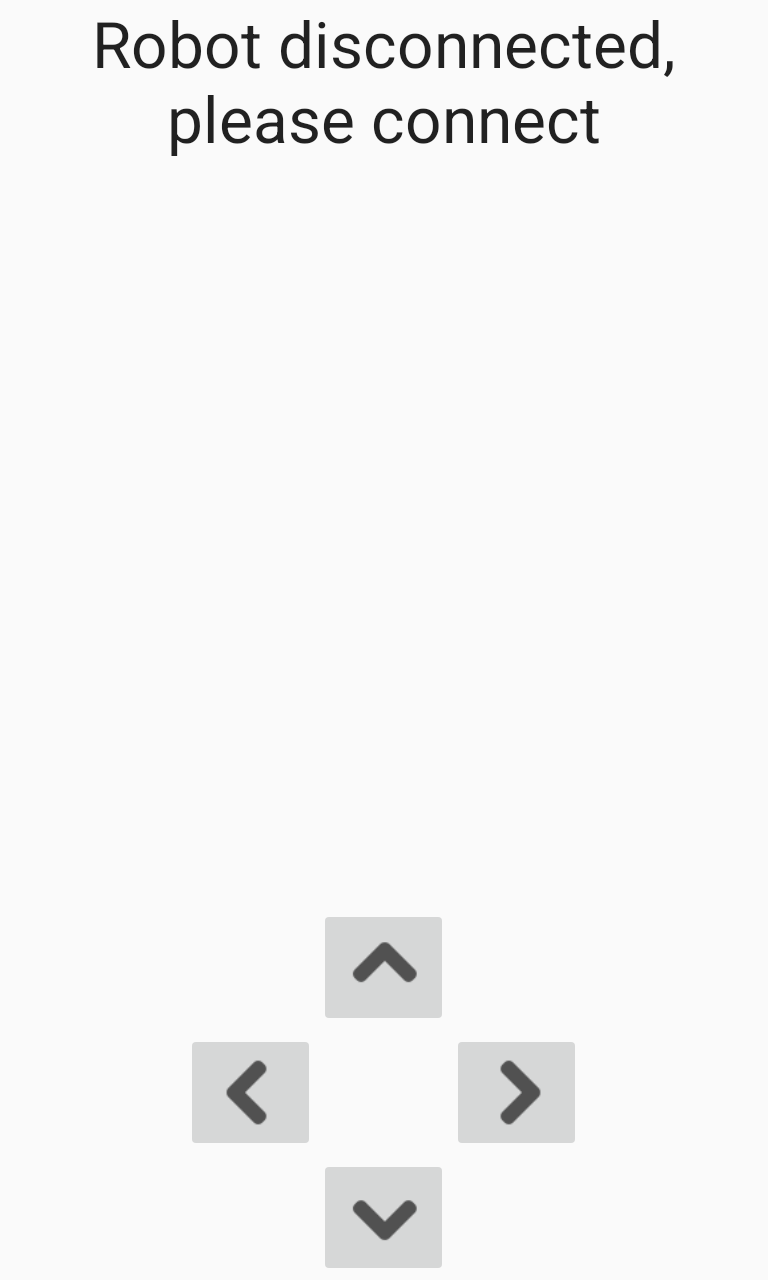
Repository: cjsatuforc/Bobina
Layout: source/android/Bobina/res/layout/main_layout.xml
These files come from the project's save history. The layout is drawn as it stood at one moment and after the next save; the edit follows.
It is drawn on a 768 x 1280 px phone screen (xhdpi) without system bars, with theme AppTheme; the app's code is not run.

Above is the layout before, as saved 2015-04-26 00:01:09.

After the next save:
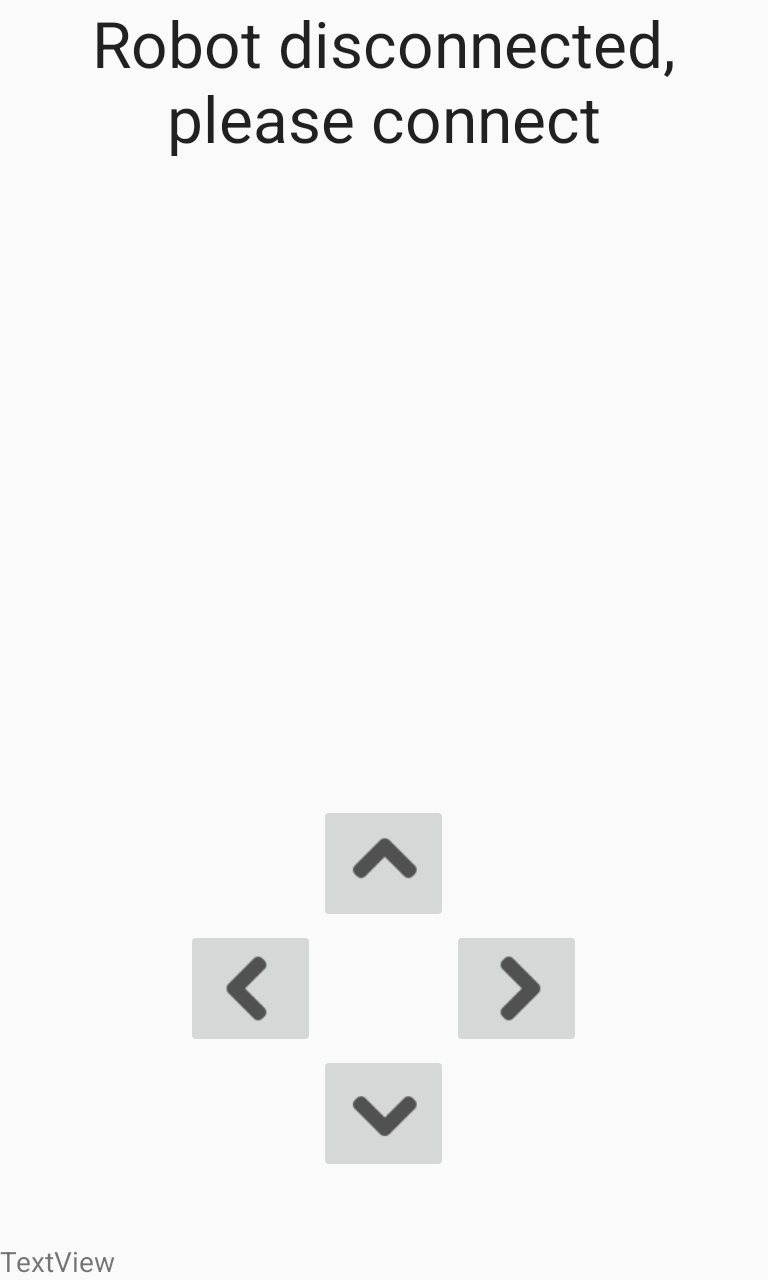
Saved 112 s later.
--- a/source/android/Bobina/res/layout/main_layout.xml
+++ b/source/android/Bobina/res/layout/main_layout.xml
@@ -8,14 +8,24 @@
         style="@style/AppTitle"
         android:layout_width="wrap_content"
         android:layout_height="wrap_content"
-
         android:text="@string/main_title_disconnected" />
 
     <include
+        android:id="@+id/include1"
         android:layout_width="wrap_content"
         android:layout_height="wrap_content"
         android:layout_alignParentBottom="true"
         android:layout_centerHorizontal="true"
+        android:layout_marginBottom="52dp"
         layout="@layout/control" />
 
+    <TextView
+        android:id="@+id/textView1"
+        android:layout_width="wrap_content"
+        android:layout_height="wrap_content"
+        android:layout_alignParentBottom="true"
+        android:layout_alignParentLeft="true"
+        android:layout_alignParentRight="true"
+        android:text="TextView" />
+
 </RelativeLayout>
